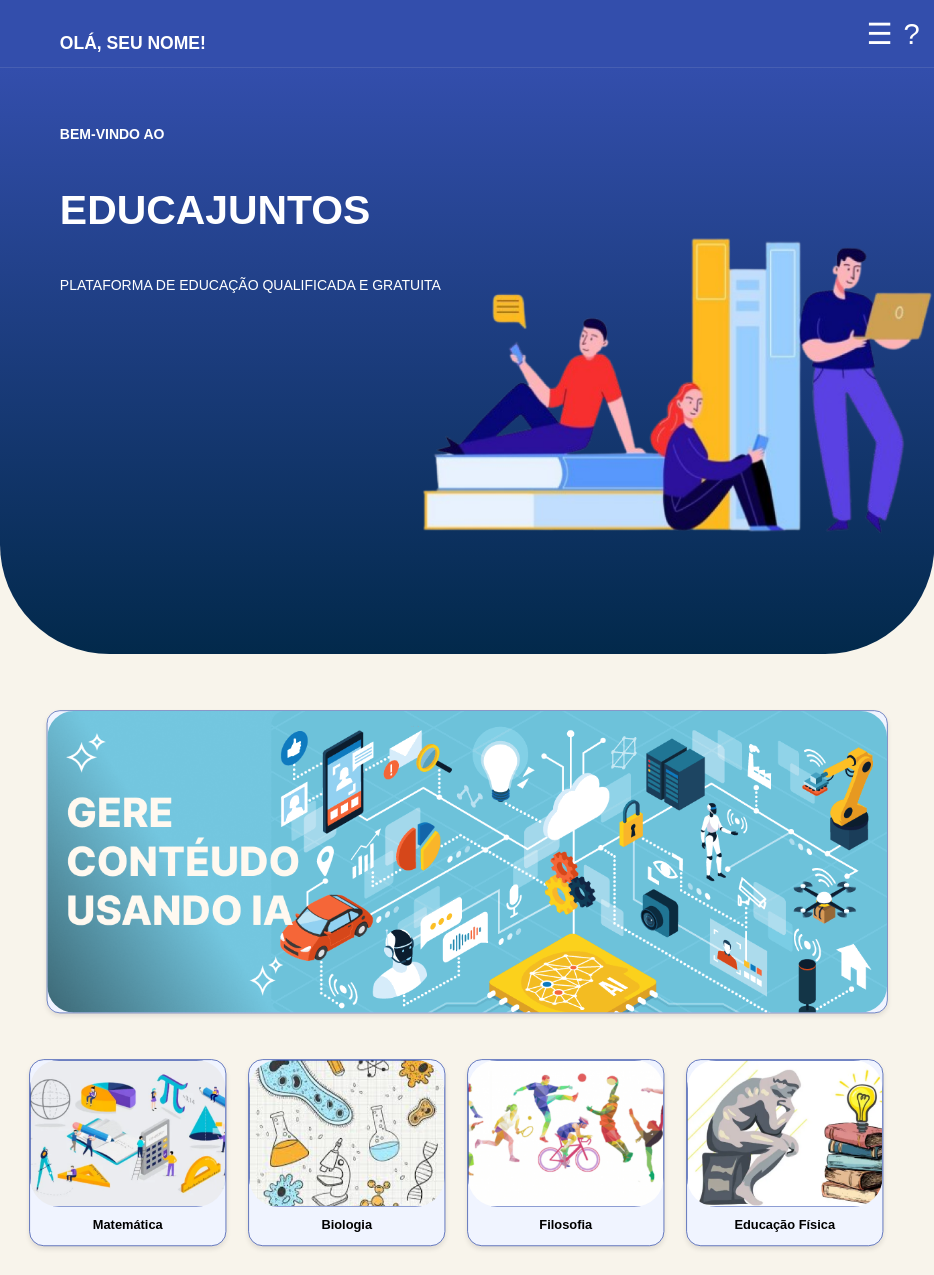
Repository: Matheus904-12/EDUCAJUNTOS
Page: inicio/index.html
An editor plug-in stored every save of this project. The page is shown before and after a run of saves, followed by the edit.
The browser window is 1280 px wide. The pictures show the whole page, at 73% of full size.

Above is the page before, as saved 2024-10-28 19:53:39.

### inicio/index.html
<!DOCTYPE html>
<html lang="pt-BR">

<head>
    <meta charset="UTF-8">
    <meta name="viewport" content="width=device-width, initial-scale=1.0">
    <title>Educajuntos</title>
    <link rel="stylesheet" href="style.css">
</head>

<body>
    <header>
        <h1>OLÁ, SEU NOME!</h1>
        <nav>
            <button class="menu-btn">&#9776;</button>
            <button class="help-btn">?</button>
        </nav>
    </header>

    <section class="hero">
        <h2>BEM-VINDO AO</h2>
        <h3>EDUCAJUNTOS</h3>
        <p>PLATAFORMA DE EDUCAÇÃO QUALIFICADA E GRATUITA</p>
        <div class="hero-image">
            <img src="../image/1.png" alt="Imagem ilustrativa de pessoas estudando">
        </div>
    </section>

    <br>
    <br>
    <br>

    <main>

        <div class="category-card large">
            <img src="../image/7.png" alt="IA">
        </div>

        <section class="categories">
            <div class="category-card">
                <img src="../image/2.png" alt="Matemática">
                <p>Matemática</p>
                <br>
            </div>
            <div class="category-card">
                <img src="../image/3.png" alt="Biologia">
                <p>Biologia</p>
                <br>
            </div>
            <div class="category-card">
                <img src="../image/6.png" alt="Filosofia">
                <p>Filosofia</p>
                <br>
            </div>
            <div class="category-card">
                <img src="../image/5.png" alt="Educação Física">
                <p>Educação Física</p>
                <br>
            </div>
        </section>
    </main>

    <script src="script.js"></script>
</body>

</html>

### inicio/style.css
* {
    margin: 0;
    padding: 0;
    box-sizing: border-box;
    font-family: Arial, sans-serif;
}

body {
    background-color: #F8F4EB;
    color: #333;
}

header {
    background-color: #334EAC;
    color: #fff;
    padding: 20px;
    display: flex;
    justify-content: space-between;
    align-items: center;
}

header h1 {
    font-size: 1.5em;
    margin-left: 5%;
    margin-top: 2%;
}

nav {
    display: flex;
    gap: 15px;
}

.menu-btn,
.help-btn {
    background: none;
    border: none;
    color: #fff;
    font-size: 2.5em;
    cursor: pointer;
}

/* Hero Section with Rounded Bottom Borders and Centered Image */
.hero {
    background: linear-gradient( #334EAC, #02294b);
    color: #fff;
    padding: 80px 20px;
    border-bottom-left-radius: 150px;
    border-bottom-right-radius: 150px;
    position: relative;
    display: flex;
    flex-direction: column;
    align-items: flex-start;
    overflow: hidden;

}

.hero h2 {
    font-size: 1.2em;
    margin-bottom: 60px;
    font-weight: bold;
    margin-left: 5%;
}

.hero h3 {
    font-size: 3.5em;
    margin-bottom: 60px;
    font-weight: bold;
    margin-left: 5%;
}

.hero p {
    font-size: 1.2em;
    margin-bottom: 20px;
    margin-left: 5%;
}

.hero-image {
    display: flex;
    margin-left: 40%;
    width: 802px;
    height: 580px;
    margin-top: -15%;
}

.hero-image img {
    width: 100%;
    height: auto;
    border-radius: 0 0 150px 150px;
}

/* Categories Section */
.categories {
    display: grid;
    grid-template-columns: repeat(4, 1fr);
    gap: 0px;
    padding: 40px;
}

.category-card {
    background-color: #F0F4FF; /* Cor de fundo suave */
    border: 1px solid #334EAC; /* Contorno azul */
    border-radius: 20px;
    text-align: center;
    box-shadow: 0px 4px 8px rgba(0, 0, 0, 0.1);
    width: 90%;
    height: 100%;

}

.category-card img {
    width: 100%;
    border-radius: 40px;
    margin-top: 0px;
}

.category-card p {
    margin-top: 10px;
    font-size: 1.1em;
    font-weight: bold;
    color: #000000;
}

/* Ajuste do card para o modo grande */
.category-card.large {
    grid-column: span 2;
    display: flex;
    justify-content: center;
    align-items: center;
    font-size: 1.5em;
    font-weight: bold;
    width: 100%;
    transform: scale(90%);
    border
}

### inicio/script.js
document.addEventListener('DOMContentLoaded', () => {
    const menuButton = document.querySelector('.menu-btn');
    const dropdownMenu = document.querySelector('.dropdown-menu');

    menuButton.addEventListener('click', () => {
        dropdownMenu.style.display = dropdownMenu.style.display === 'block' ? 'none' : 'block';
    });

    // Fecha o menu dropdown ao clicar fora dele
    document.addEventListener('click', (event) => {
        if (!menuButton.contains(event.target) && !dropdownMenu.contains(event.target)) {
            dropdownMenu.style.display = 'none';
        }
    });
});

After the next 2 saves:
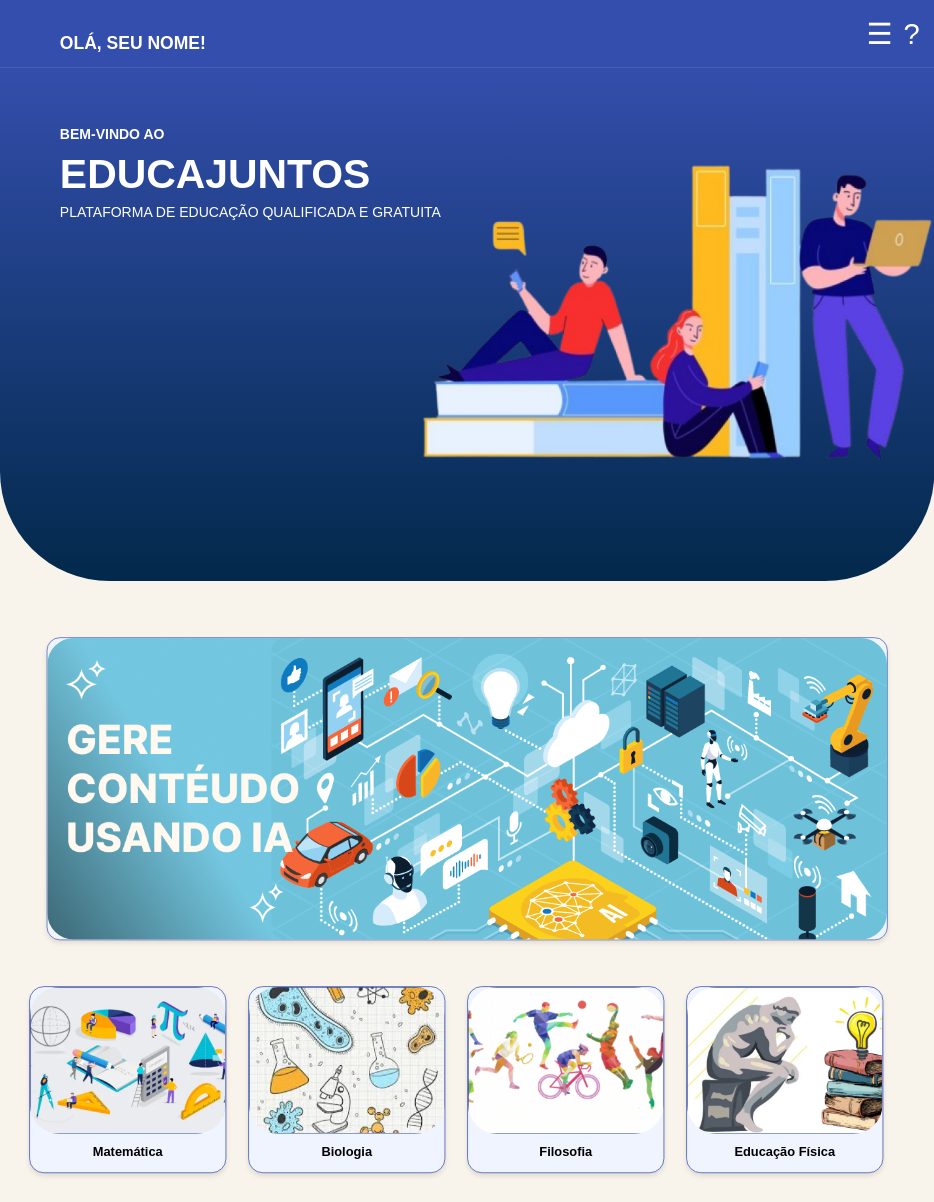
The 2 saves are shown as one change because they came seconds apart.
The last was saved 7 s later.
--- a/inicio/style.css
+++ b/inicio/style.css
@@ -56,14 +56,14 @@ nav {
 
 .hero h2 {
     font-size: 1.2em;
-    margin-bottom: 60px;
+    margin-bottom: 10px;
     font-weight: bold;
     margin-left: 5%;
 }
 
 .hero h3 {
     font-size: 3.5em;
-    margin-bottom: 60px;
+    margin-bottom: 10px;
     font-weight: bold;
     margin-left: 5%;
 }
